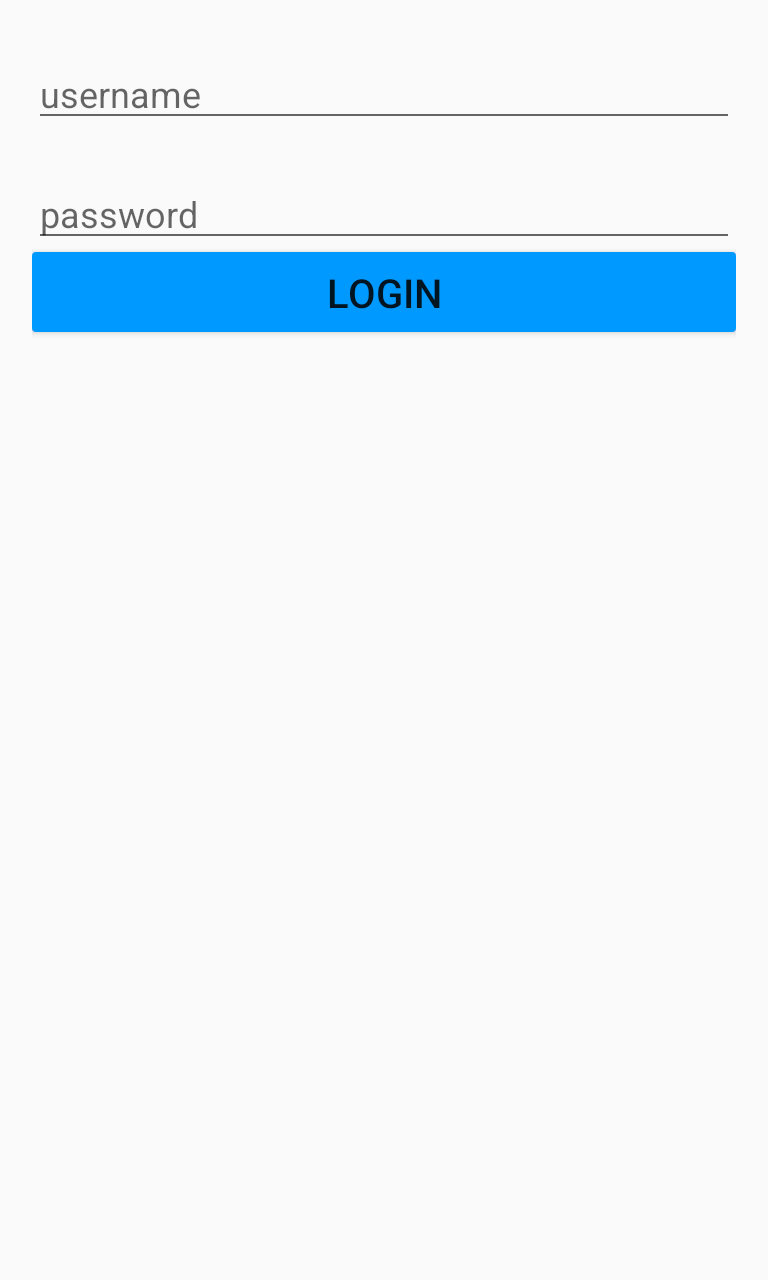
Repository: israelhill/Noteworthy
Layout: Noteworthy/res/layout/fragment_main.xml
These files come from the project's save history. The layout is drawn as it stood at one moment and after the next save; the edit follows.
It is drawn on a 768 x 1280 px phone screen (xhdpi) without system bars, with theme AppTheme; the app's code is not run.

Above is the layout before, as saved 2014-09-06 07:48:26.

After the next save:
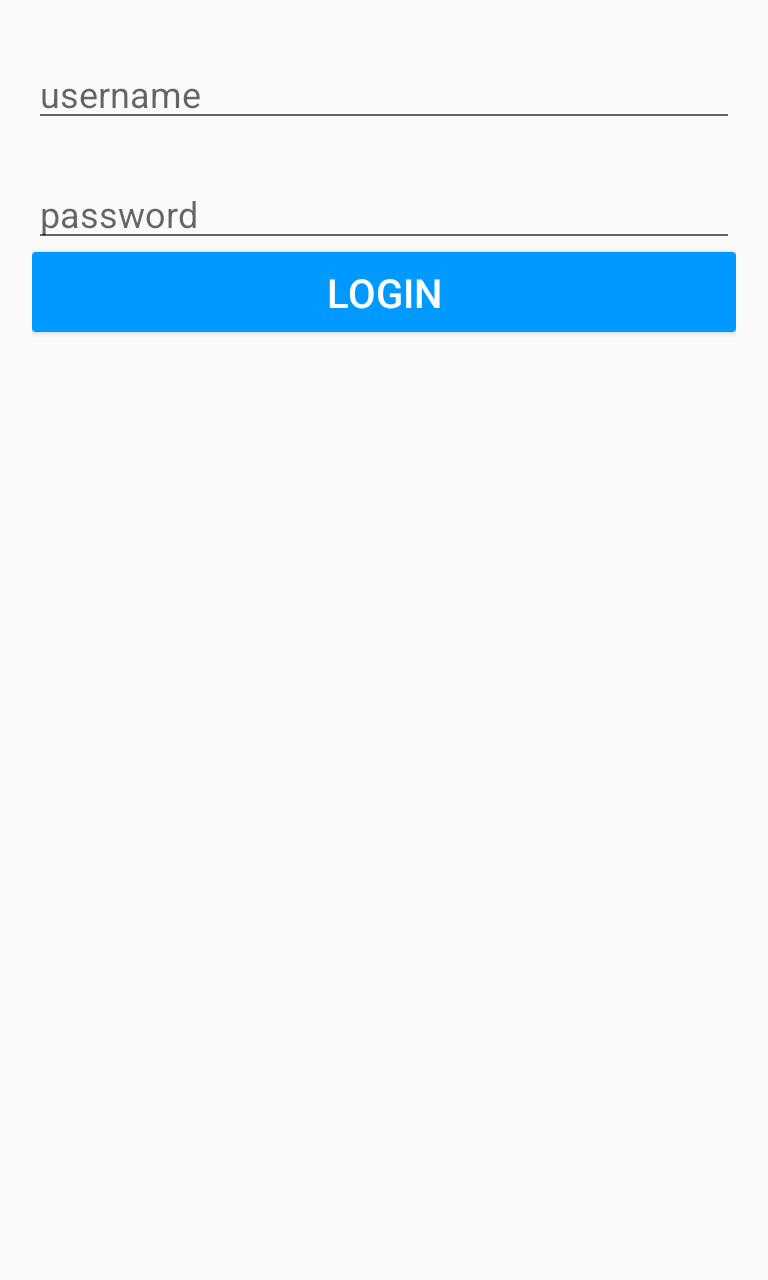
Saved 2 min 18 s later.
--- a/Noteworthy/res/layout/fragment_main.xml
+++ b/Noteworthy/res/layout/fragment_main.xml
@@ -31,6 +31,7 @@
     android:background="@drawable/login_button"
     android:text="@string/login"
     android:textSize="20sp"
+    android:textColor="@color/white"
     android:layout_gravity="center"/>
 
 
